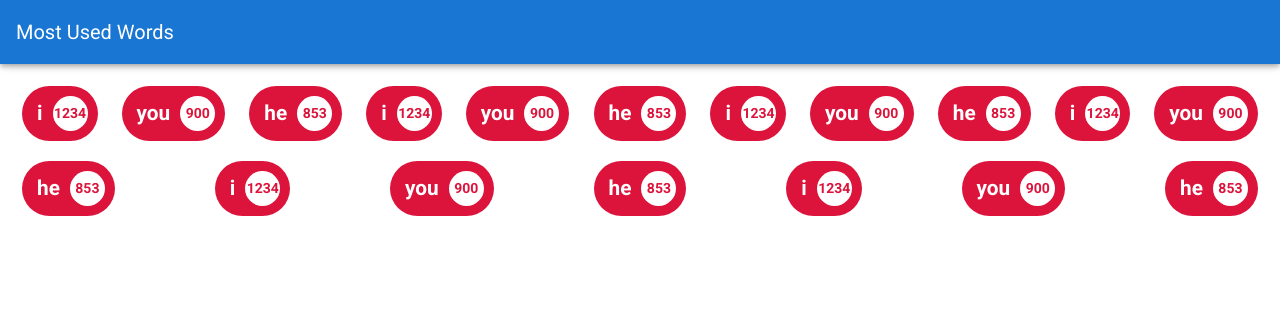
Repository: WillianPer/MOST-USED-WORDS
Page: /
An editor plug-in stored every save of this project. The page is shown before and after the next save, followed by the edit.
The browser window is 1280 px wide. The pictures show the whole page.
The project was rebuilt for these pictures with package versions that can differ from the ones it lists, and the page was loaded fresh each time. Also part of the build but not shown: vue.config.js.

Above is the page before, as saved 2022-09-05 22:11:51.

After the next save:
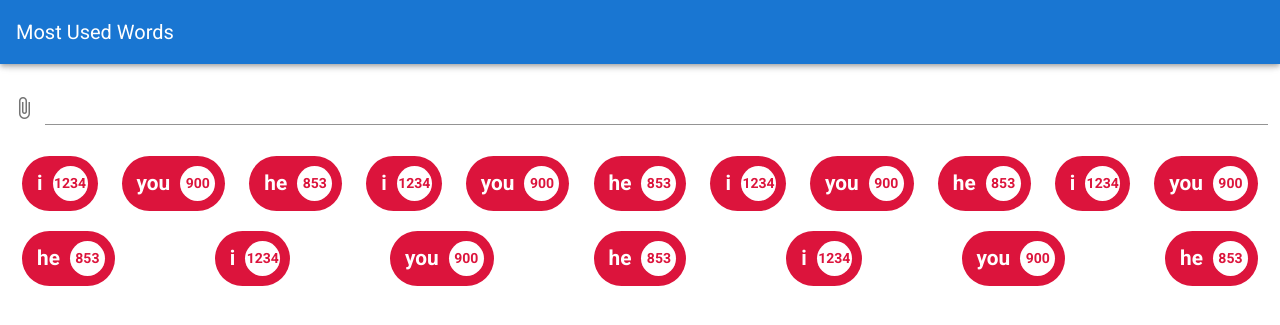
Saved 24 h 19 min later.
--- a/src/components/HomeVue.vue
+++ b/src/components/HomeVue.vue
@@ -1,5 +1,12 @@
 <template>
     <v-container fluid>
+
+        <v-form>
+            <v-file-input>
+
+            </v-file-input>
+        </v-form>
+
         <div class="pills">
             <PillVue v-for="word in groupedWords" :key="word.name"
                 :name="word.name" :amount="word.amount" />
